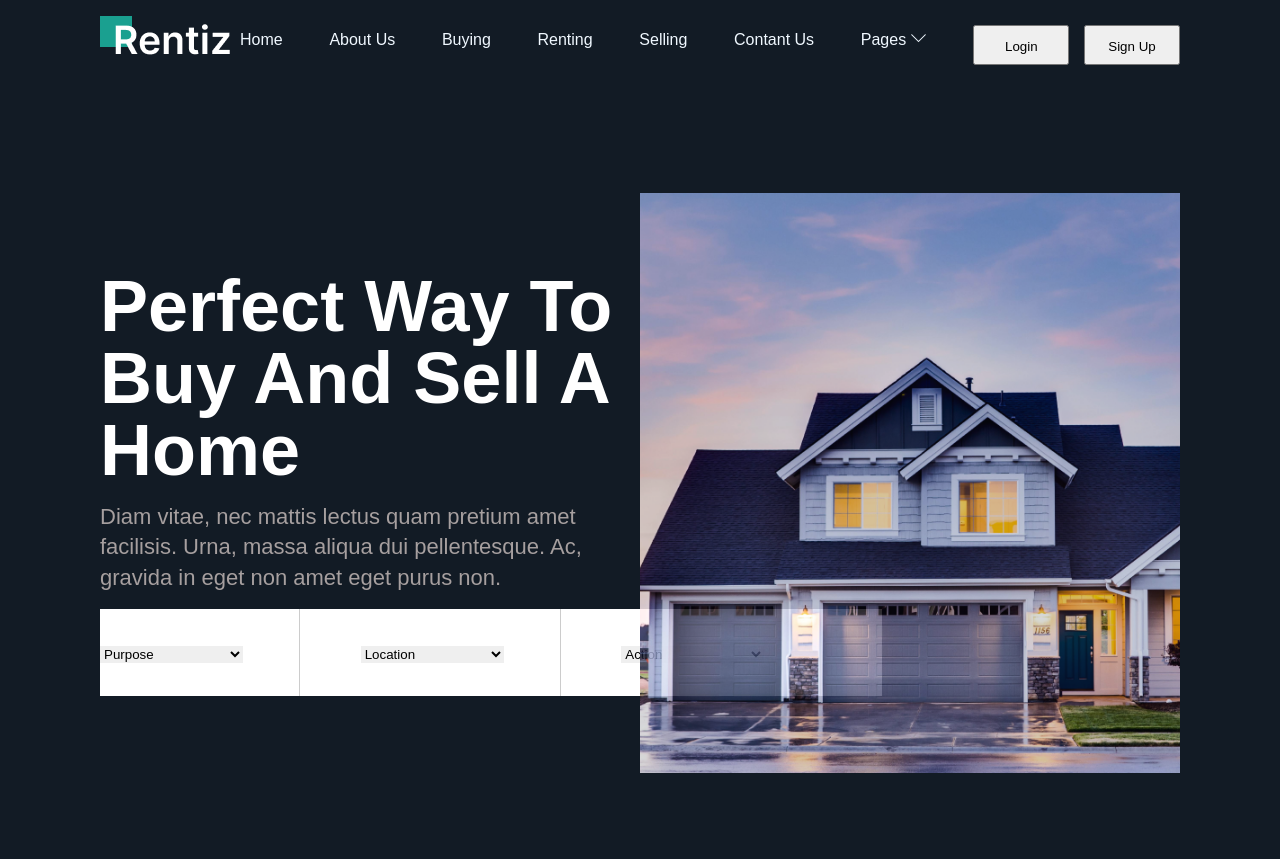
Repository: tung1233hhhhhhhhhhhhh/WebClone-Home
Page: index.html
The author's editor kept a copy of each file at every save. The page is drawn from the files as they stood at one save, then again after the next save.
The browser window is 1280 px wide. The pictures show the whole page.

Above is the page before, as saved 2023-05-23 15:28:38.

After the next save:
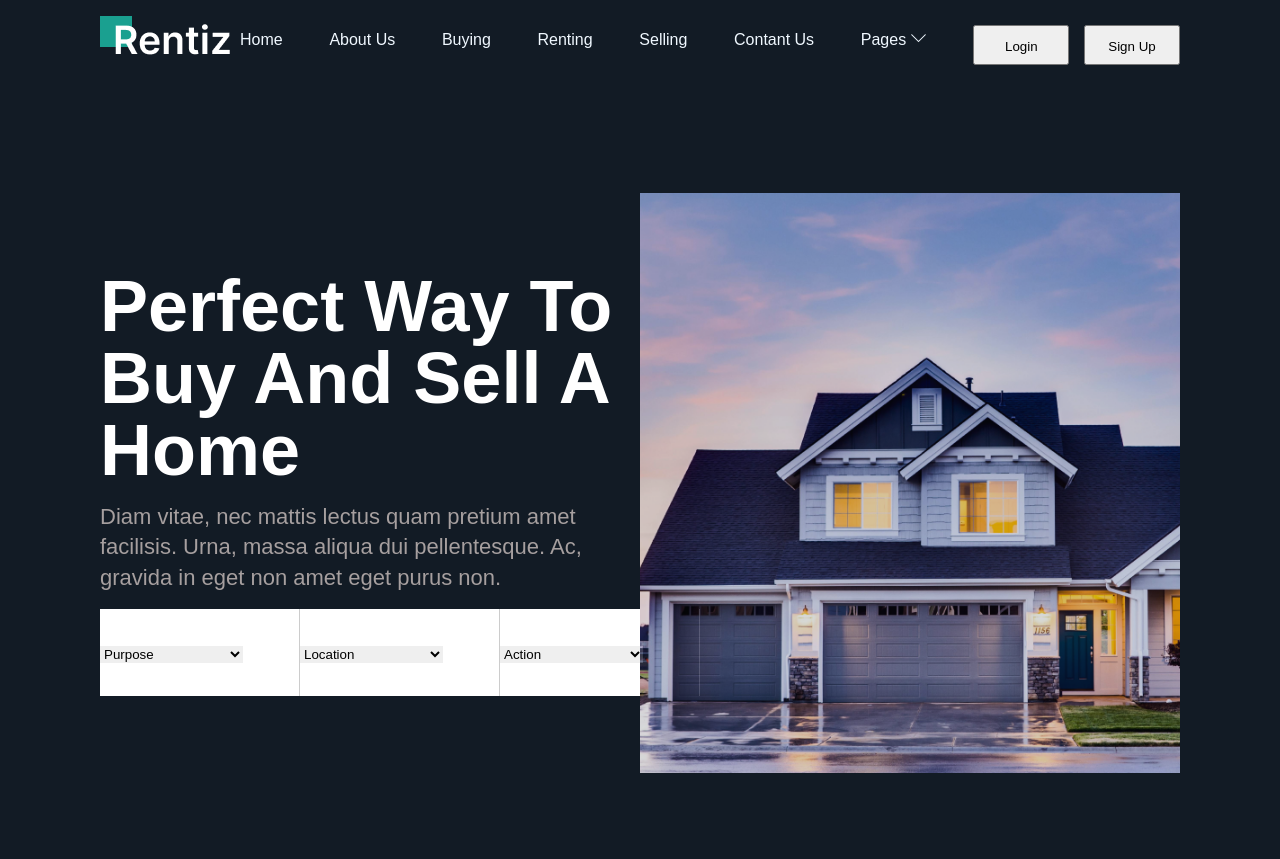
Saved 59 s later.
--- a/assets/css/main.css
+++ b/assets/css/main.css
@@ -103,7 +103,7 @@ body {
 }
 
 #billboard .navbar-billboard {
-    min-width: 782px;
+    /* min-width: 782px; */
     display: flex;
     justify-content: space-between;
     padding: 0;
